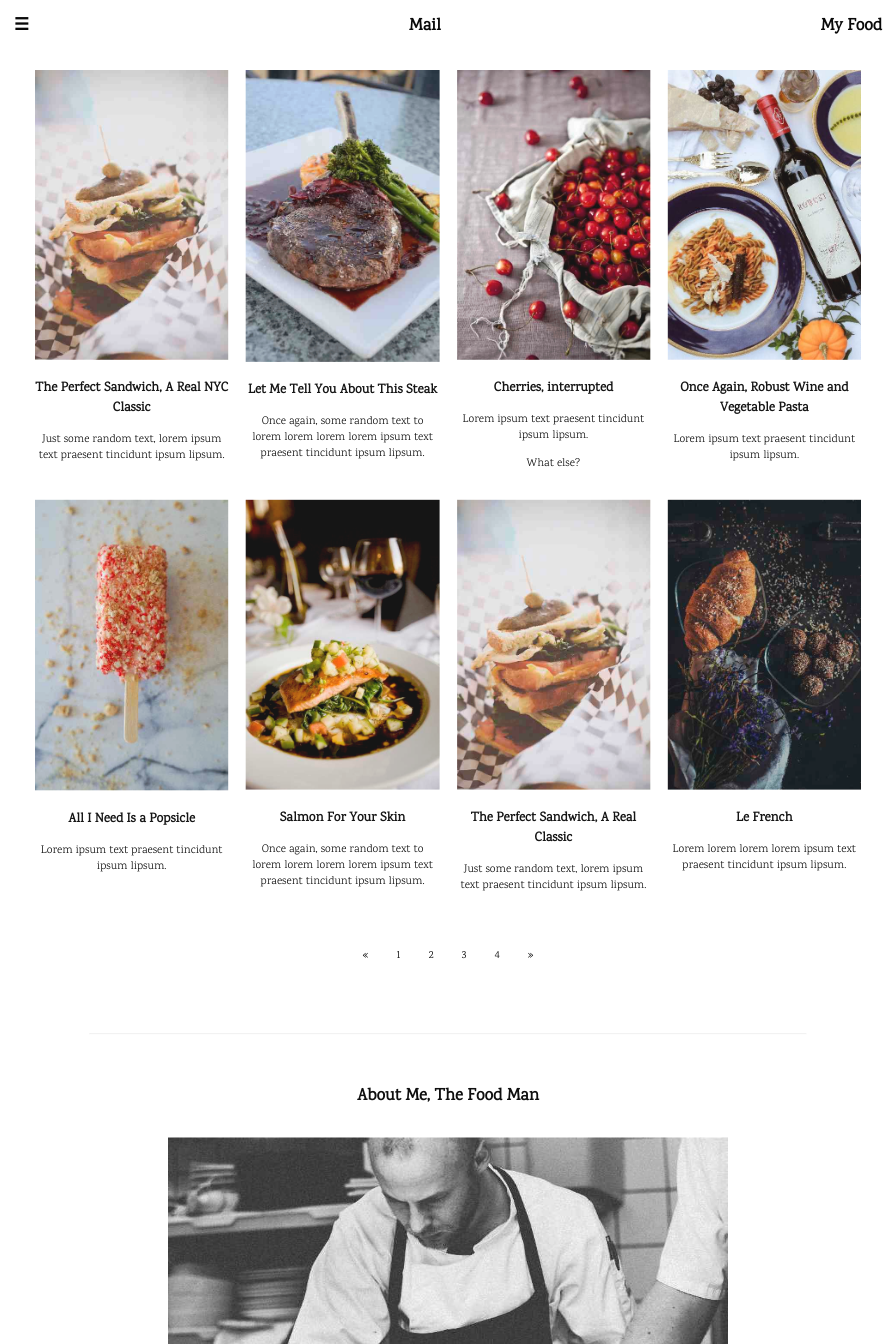
Repository: hesshess/clonecoding-assignment
Page: 3-food-blog/template3.html
The author's editor kept a copy of each file at every save. The page is drawn from the files as they stood at one save, then again after the next save.
The browser window is 1280 px wide. The pictures show the part of the page from y = 0 to 1920 px (the page is 2758 px tall), at 70% of full size.

Above is the page before, as saved 2022-03-16 20:51:31.

After the next save:
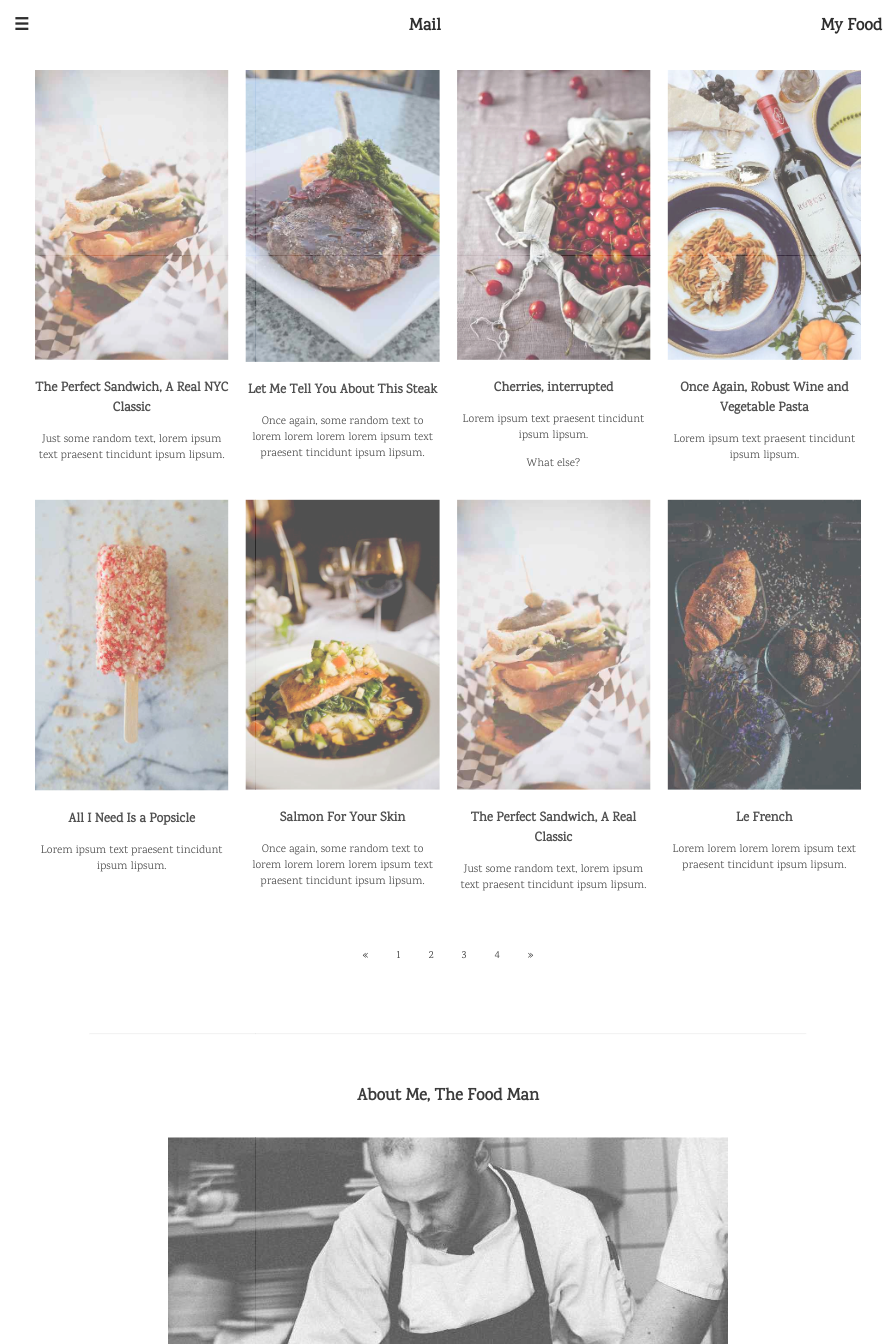
Saved 8 s later.
--- a/3-food-blog/template3.css
+++ b/3-food-blog/template3.css
@@ -3,7 +3,7 @@
 * {
   box-sizing: border-box;
   list-style: none;
-  opacity: 0.99;
+  opacity: 0.95;
 }
 body {
   margin: 0;
